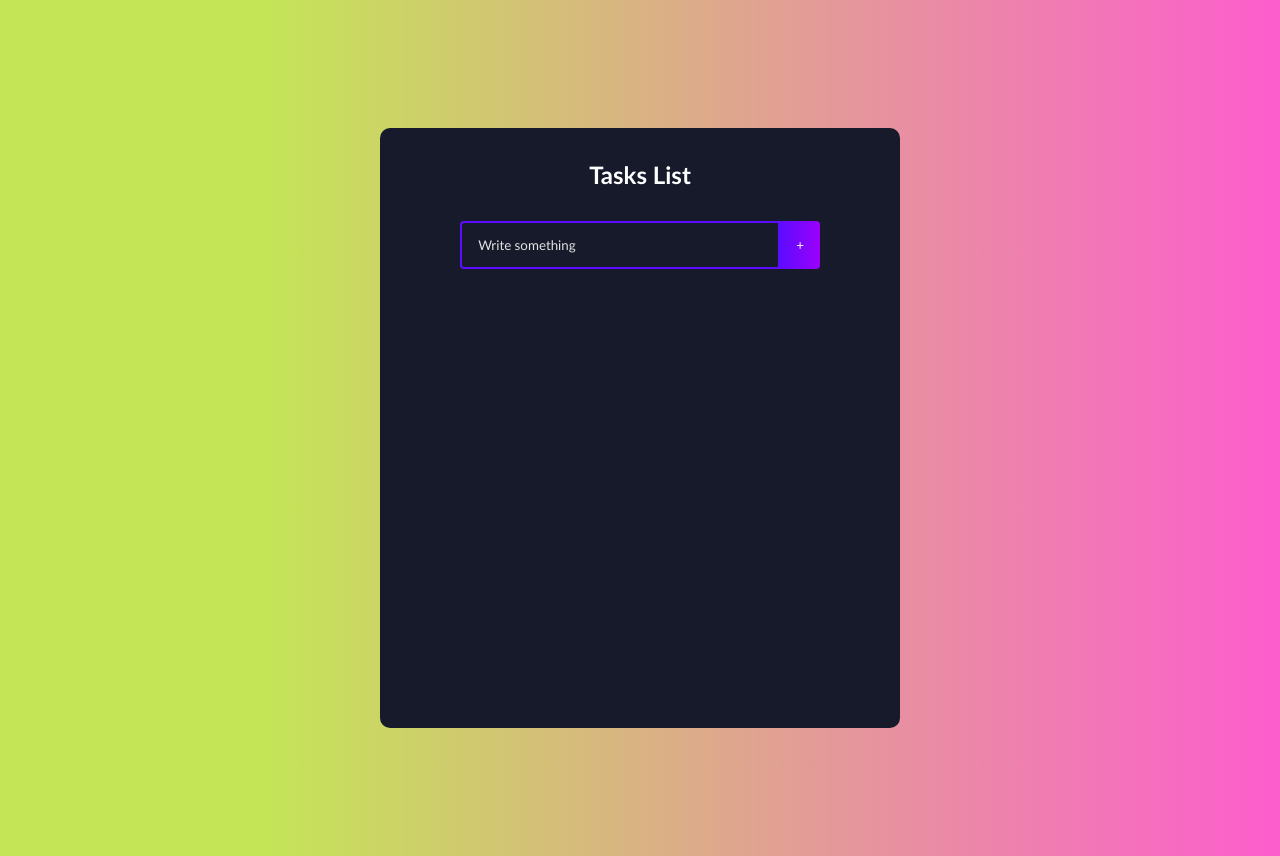
Repository: pratham0305/LGMVIP-Task-01
Page: /
These files come from the project's save history. The page is drawn as it stood at one moment and after the next save; the edit follows.
The browser window is 1280 px wide. The pictures show the whole page.
The project was rebuilt for these pictures with package versions that can differ from the ones it lists, and the page was loaded fresh each time. Also part of the build but not shown: src/components/Todo.js.

Above is the page before, as saved 2022-03-21 17:14:32.

### public/index.html
<!DOCTYPE html>
<html lang="en">
  <head>
    <meta charset="utf-8" />
    <link rel="icon" href="%PUBLIC_URL%/favicon.ico" />
    <meta name="viewport" content="width=device-width, initial-scale=1" />
    <meta name="theme-color" content="#000000" />
    <meta
      name="description"
      content="Web site created using create-react-app"
    />
    <link rel="apple-touch-icon" href="%PUBLIC_URL%/logo192.png" />
    <!--
      manifest.json provides metadata used when your web app is installed on a
      user's mobile device or desktop. See https://developers.google.com/web/fundamentals/web-app-manifest/
    -->
    <link rel="manifest" href="%PUBLIC_URL%/manifest.json" />
    <!--
      Notice the use of %PUBLIC_URL% in the tags above.
      It will be replaced with the URL of the `public` folder during the build.
      Only files inside the `public` folder can be referenced from the HTML.

      Unlike "/favicon.ico" or "favicon.ico", "%PUBLIC_URL%/favicon.ico" will
      work correctly both with client-side routing and a non-root public URL.
      Learn how to configure a non-root public URL by running `npm run build`.
    -->
    <title>Task-2</title>
  </head>
  <body>
    <noscript>You need to enable JavaScript to run this app.</noscript>
    <div id="root"></div>
    <!--
      This HTML file is a template.
      If you open it directly in the browser, you will see an empty page.

      You can add webfonts, meta tags, or analytics to this file.
      The build step will place the bundled scripts into the <body> tag.

      To begin the development, run `npm start` or `yarn start`.
      To create a production bundle, use `npm run build` or `yarn build`.
    -->
  </body>
</html>

### src/App.css
* {
  box-sizing: border-box;
  margin: 0;
  padding: 0;
  font-family: 'Trebuchet MS', 'Lucida Sans Unicode', 'Lucida Grande',
    'Lucida Sans', Arial, sans-serif;
}

body {
  background: linear-gradient(
    90deg,
    rgb(196, 230, 86) 20%,
    rgb(253, 93, 205) 100%
  );
}
.todo-app {
  display: flex;
  flex-direction: column;
  justify-content: start;
  width: 520px;
  min-height: 600px;
  background: #161a2b;
  text-align: center;
  margin: 128px auto;
  border-radius: 10px;
  padding-bottom: 32px;
}

h1 {
  margin: 32px 0;
  color: #fff;
  font-size: 24px;
}

.complete {
  text-decoration: line-through;
  opacity: 0.4;
}

.todo-form {
  margin-bottom: 32px;
}

.todo-input {
  padding: 14px 32px 14px 16px;
  border-radius: 4px 0 0 4px;
  border: 2px solid #5d0cff;
  outline: none;
  width: 320px;
  background: transparent;
  color: #fff;
}

.todo-input::placeholder {
  color: #e2e2e2;
}

.todo-button {
  padding: 16px;
  border: none;
  border-radius: 0 4px 4px 0;
  cursor: pointer;
  outline: none;
  background: linear-gradient(
    90deg,
    rgba(93, 12, 255, 1) 0%,
    rgba(155, 0, 250, 1) 100%
  );
  color: #fff;
  text-transform: capitalize;
}

.todo-input.edit {
  border: 2px solid #149fff;
}

.todo-button.edit {
  background: linear-gradient(
    90deg,
    rgba(20, 159, 255, 1) 0%,
    rgba(17, 122, 255, 1) 100%
  );
  padding: 16px 22px;
}

.todo-container {
  display: flex;
  flex-direction: row;
  position: relative;
}

.todo-row {
  display: flex;
  justify-content: space-between;
  align-items: center;
  margin: 4px auto;
  color: #fff;
  background: linear-gradient(
    90deg,
    rgba(255, 118, 20, 1) 0%,
    rgba(255, 84, 17, 1) 100%
  );

  padding: 16px;
  border-radius: 5px;
  width: 90%;
}

.todo-row:nth-child(4n + 1) {
  background: linear-gradient(
    90deg,
    rgba(93, 12, 255, 1) 0%,
    rgba(155, 0, 250, 1) 100%
  );
}

.todo-row:nth-child(4n + 2) {
  background: linear-gradient(
    90deg,
    rgba(255, 12, 241, 1) 0%,
    rgba(250, 0, 135, 1) 100%
  );
}

.todo-row:nth-child(4n + 3) {
  background: linear-gradient(
    90deg,
    rgba(20, 159, 255, 1) 0%,
    rgba(17, 122, 255, 1) 100%
  );
}

.icons {
  display: flex;
  align-items: center;
  font-size: 24px;
  cursor: pointer;
}

.delete-icon {
  margin-right: 5px;
  color: #fff;
}

.edit-icon {
  color: #fff;
}

### src/components/TodoList.js
import React, { useState } from 'react';
import TodoForm from './TodoForm';
import Todo from './Todo';

function TodoList() {
  const [todos, setTodos] = useState([]);

  const addTodo = todo => {
    if (!todo.text || /^\s*$/.test(todo.text)) {
      return;
    }

    const newTodos = [todo, ...todos];

    setTodos(newTodos);
    console.log(...todos);
  };

  const updateTodo = (todoId, newValue) => {
    if (!newValue.text || /^\s*$/.test(newValue.text)) {
      return;
    }

    setTodos(prev => prev.map(item => (item.id === todoId ? newValue : item)));
  };

  const removeTodo = id => {
    const removedArr = [...todos].filter(todo => todo.id !== id);

    setTodos(removedArr);
  };

  const completeTodo = id => {
    let updatedTodos = todos.map(todo => {
      if (todo.id === id) {
        todo.isComplete = !todo.isComplete;
      }
      return todo;
    });
    setTodos(updatedTodos);
  };

  return (
    <>
      <h1> Tasks List</h1>
      <TodoForm onSubmit={addTodo} />
      <Todo
        todos={todos}
        completeTodo={completeTodo}
        removeTodo={removeTodo}
        updateTodo={updateTodo}
      />
    </>
  );
}

export default TodoList;

### src/components/TodoForm.js
import React, { useState, useEffect, useRef } from 'react';

function TodoForm(props) {
  const [input, setInput] = useState(props.edit ? props.edit.value : '');

  const inputRef = useRef(null);

  useEffect(() => {
    inputRef.current.focus();
  });

  const handleChange = e => {
    setInput(e.target.value);
  };

  const handleSubmit = e => {
    e.preventDefault();

    props.onSubmit({
      id: Math.floor(Math.random() * 10000),
      text: input
    });
    setInput('');
  };

  return (
    <form onSubmit={handleSubmit} className='todo-form'>
      {props.edit ? (
        <>
          <input
            placeholder='Update your item'
            value={input}
            onChange={handleChange}
            name='text'
            ref={inputRef}
            className='todo-input edit'
          />
          <button onClick={handleSubmit} className='todo-button edit'>
            Edit
          </button>
        </>
      ) : (
        <>
          <input
            placeholder='Write something'
            value={input}
            onChange={handleChange}
            name='text'
            className='todo-input'
            ref={inputRef}
          />
          <button onClick={handleSubmit} className='todo-button'>+
          </button>
        </>
      )}
    </form>
  );
}

export default TodoForm;

Loaded but not shown: src/index.js (common file); src/index.css (common file); src/App.js (common file); src/reportWebVitals.js (common file)

After the next save:
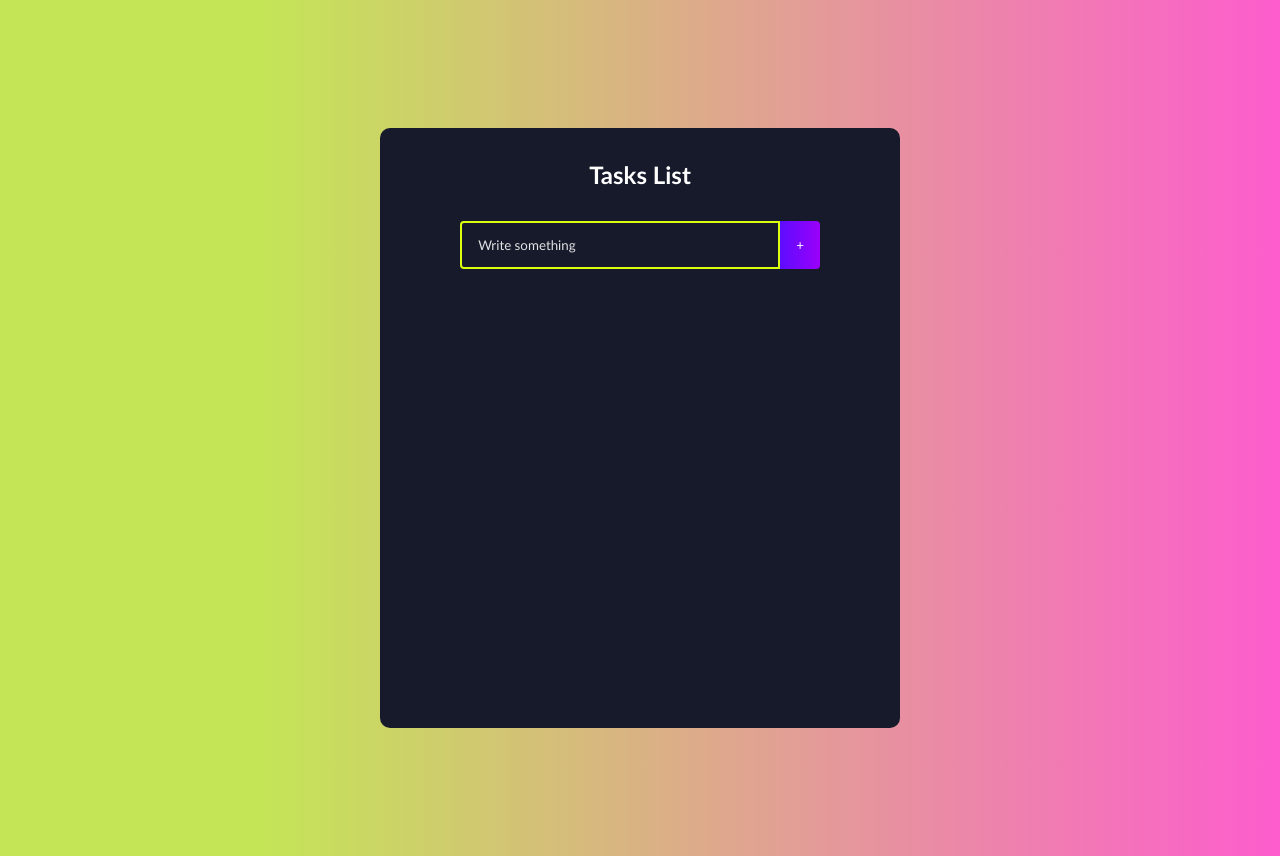
Saved 31 s later.
--- a/src/App.css
+++ b/src/App.css
@@ -44,7 +44,7 @@ h1 {
 .todo-input {
   padding: 14px 32px 14px 16px;
   border-radius: 4px 0 0 4px;
-  border: 2px solid #5d0cff;
+  border: 2px solid #dbff0c;
   outline: none;
   width: 320px;
   background: transparent;
